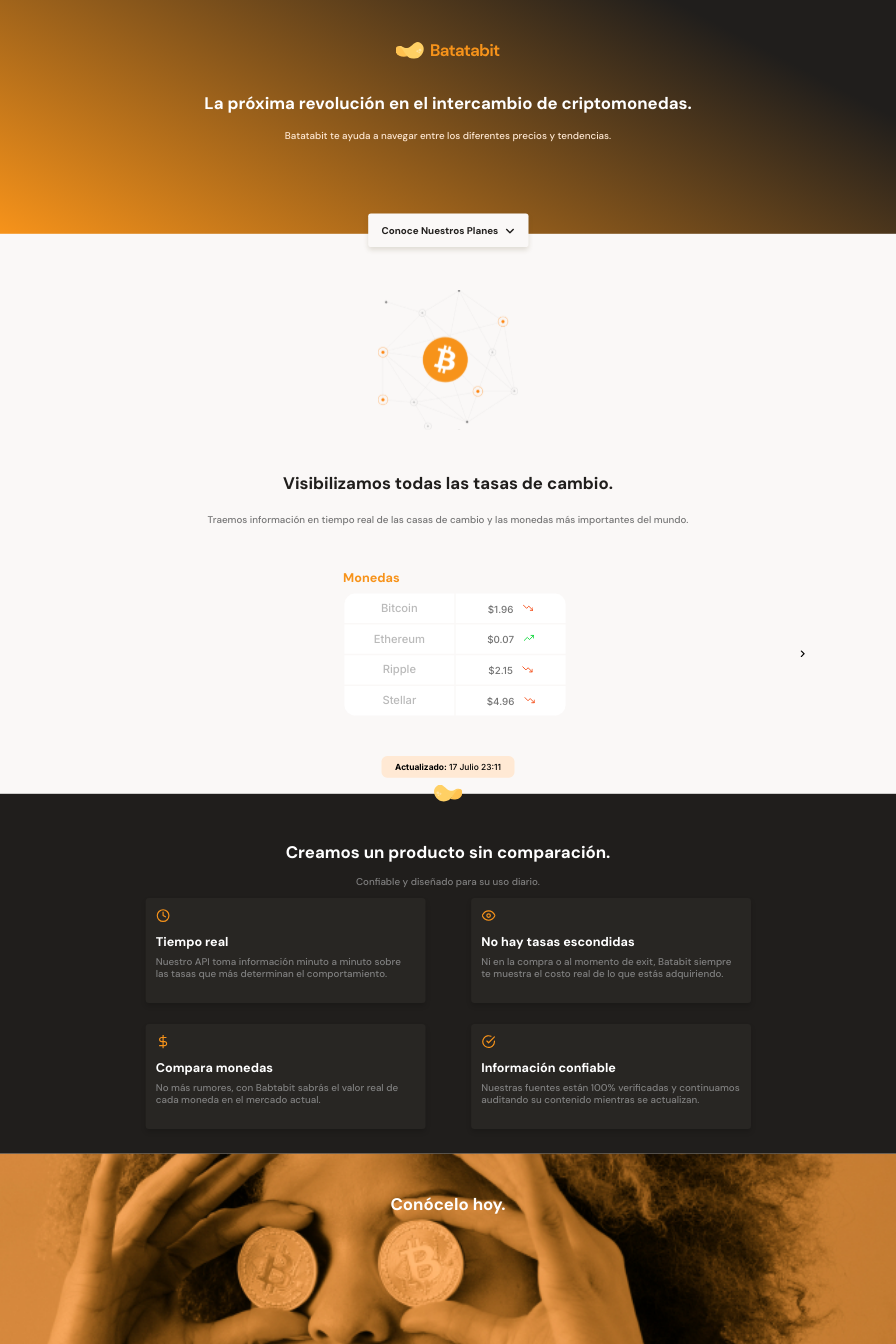
Repository: Pandrea-hub/Batatabit
Page: index.html
An editor plug-in stored every save of this project. The page is shown before and after the next save, followed by the edit.
The browser window is 1280 px wide. The pictures show the part of the page from y = 0 to 1920 px (the page is 2718 px tall), at 70% of full size.

Above is the page before, as saved 2022-04-20 16:58:20.

After the next save:
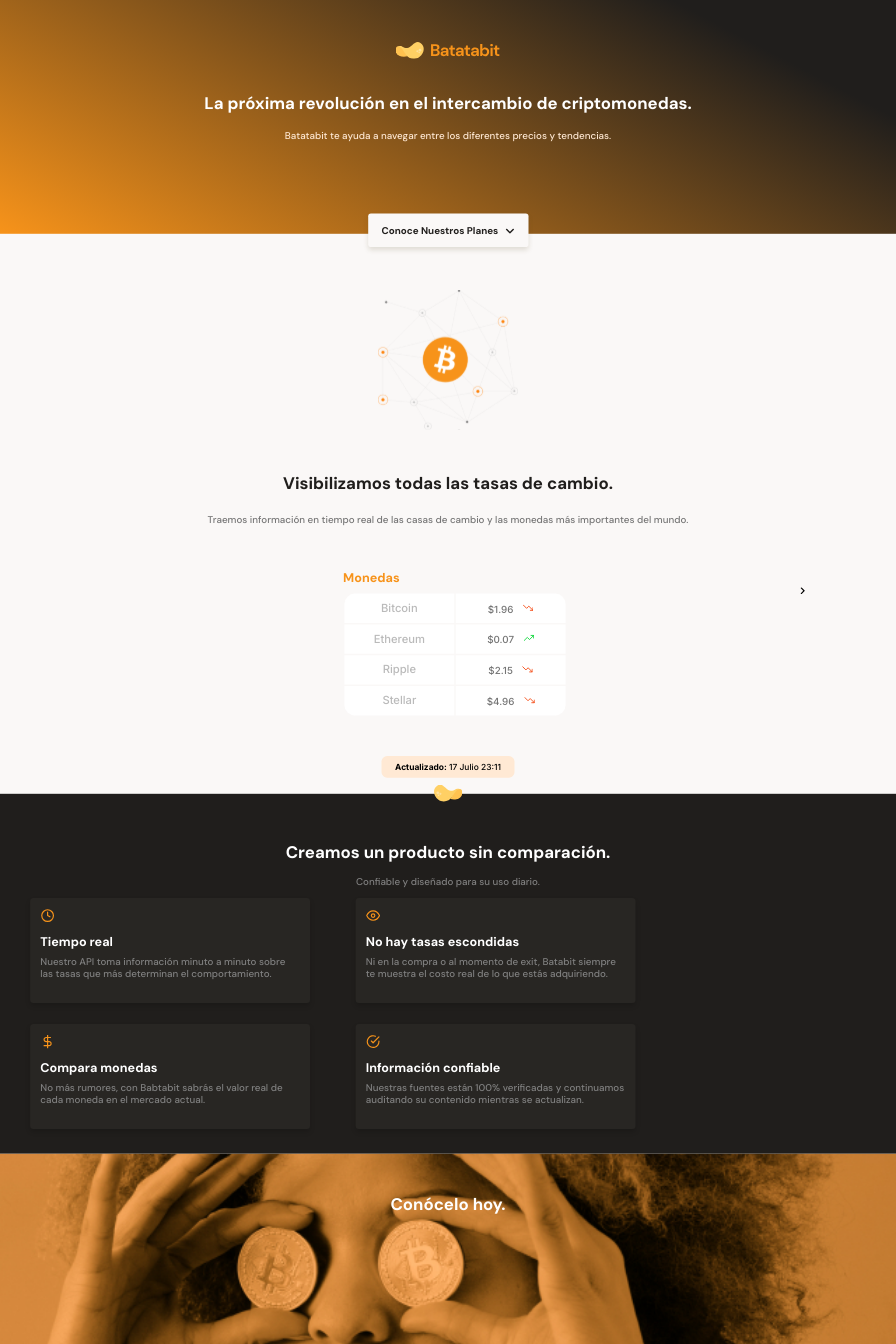
Saved 11 min 23 s later.
--- a/css/tablet.css
+++ b/css/tablet.css
@@ -1,8 +1,12 @@
+.currency-table{
+    display: flex;
+}
+
 .product-cards--container{
     display: flex;
     flex-wrap: wrap;
     width: 930px;
-    margin: 0 auto;
+    margin: 0;
 }
 
 
